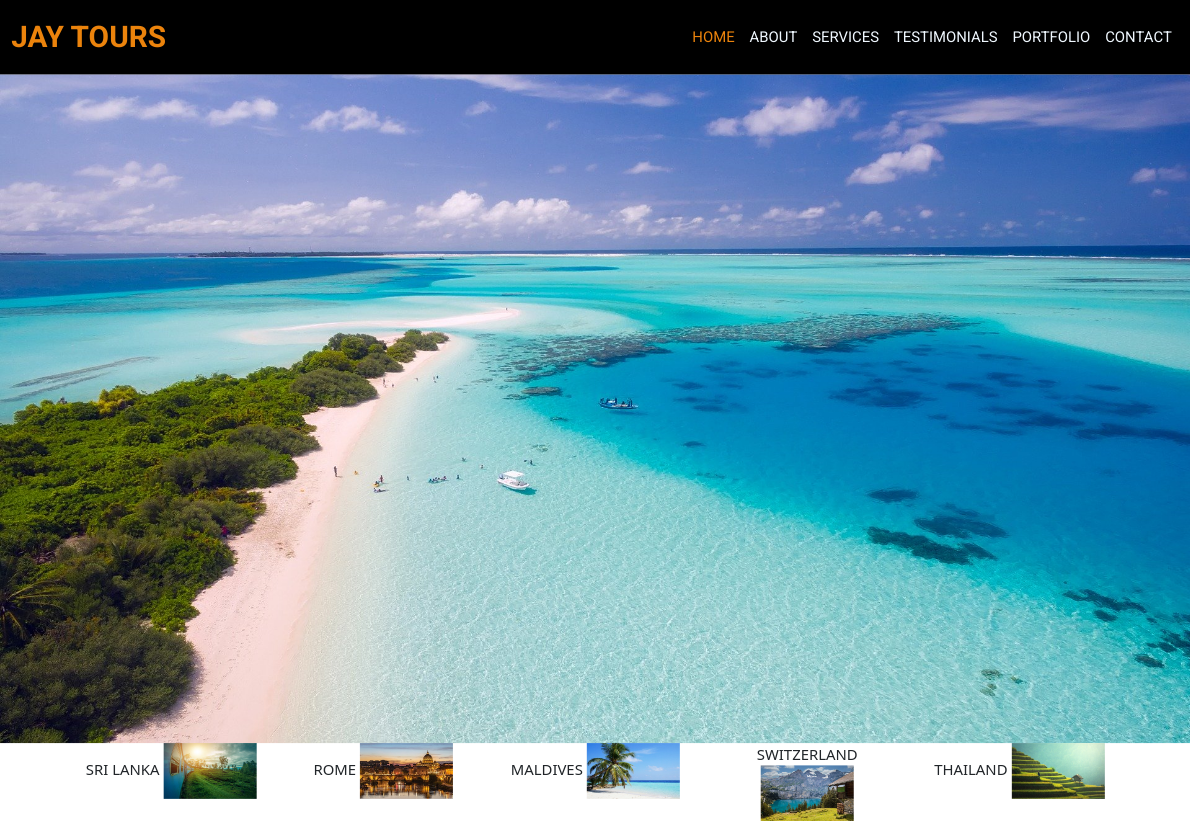
Repository: kasundiudn/Jay-Travel
Page: index.html
These files come from the project's save history. The page is drawn as it stood at one moment and after the next save; the edit follows.
The browser window is 1280 px wide. The pictures show the whole page, at 93% of full size.

Above is the page before, as saved 2025-06-26 10:25:39.

After the next save:
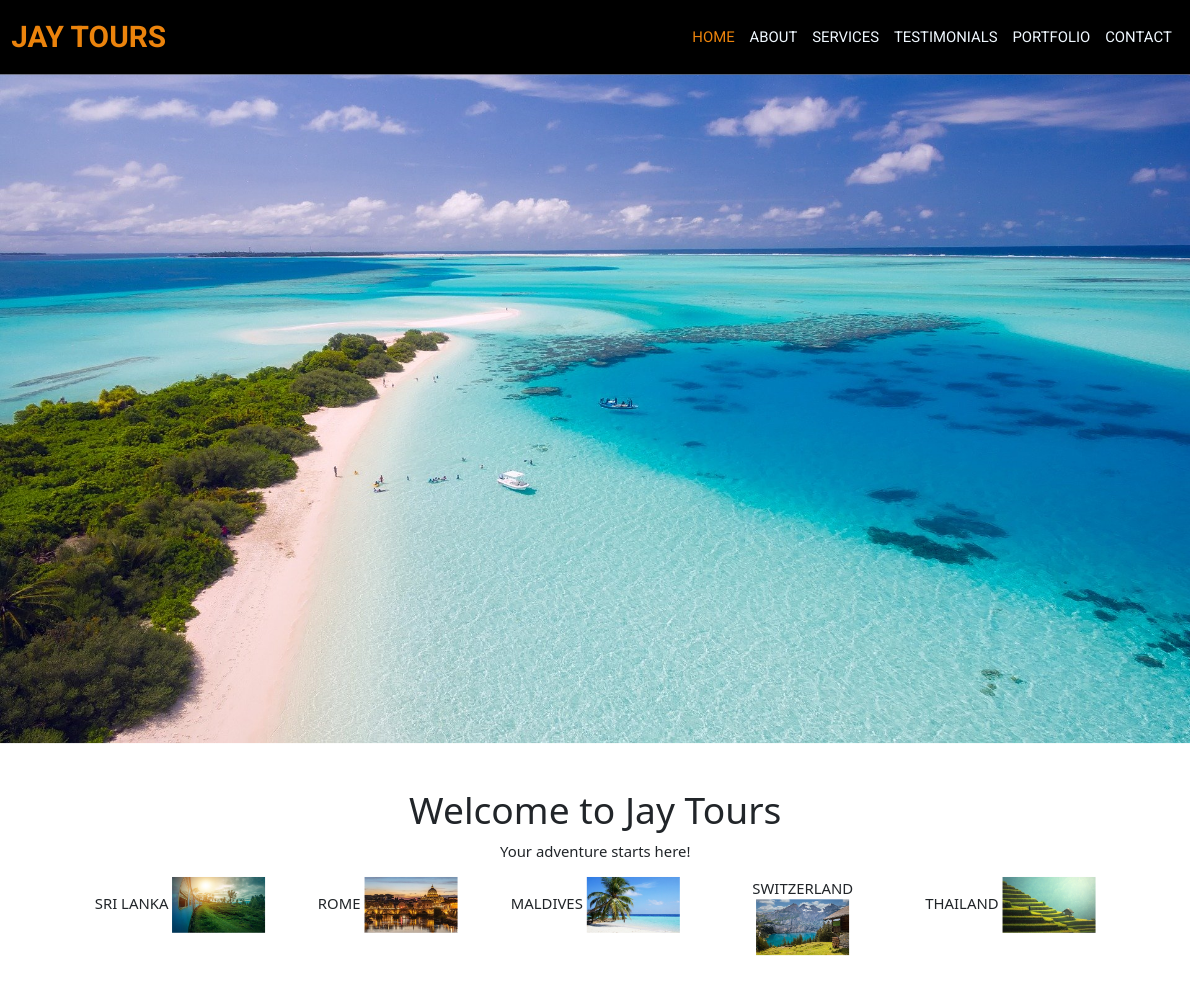
Saved 8 s later.
--- a/index.html
+++ b/index.html
@@ -51,7 +51,9 @@
 </header>
 <img src="main.jpg" alt="Beach image" style="width: 100%; height: auto;">
 
-<div
+<div class="container text-center my-5">
+  <h1>Welcome to Jay Tours</h1>
+  <p>Your adventure starts here!</p>
 
 <div class="container text-center">
   <div class="row">
